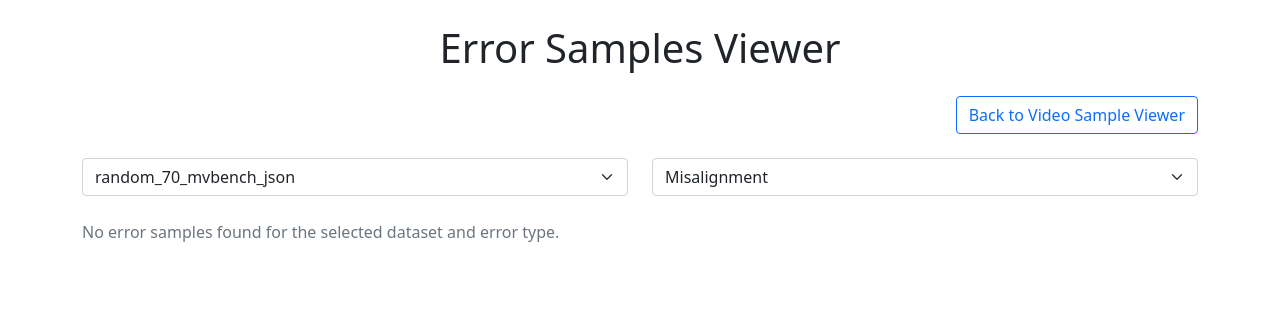
Repository: Baiqi-Li/video_benchmark_viewer
Page: http://localhost/error_samples
These files come from the project's save history. The page is drawn as it stood at one moment and after the next save; the edit follows.
The browser window is 1280 px wide. The pictures show the whole page.
The page is served by the project's application, run on Flask 3 (app.py).

Above is the page before, as saved 2025-05-04 17:47:41.

After the next save:
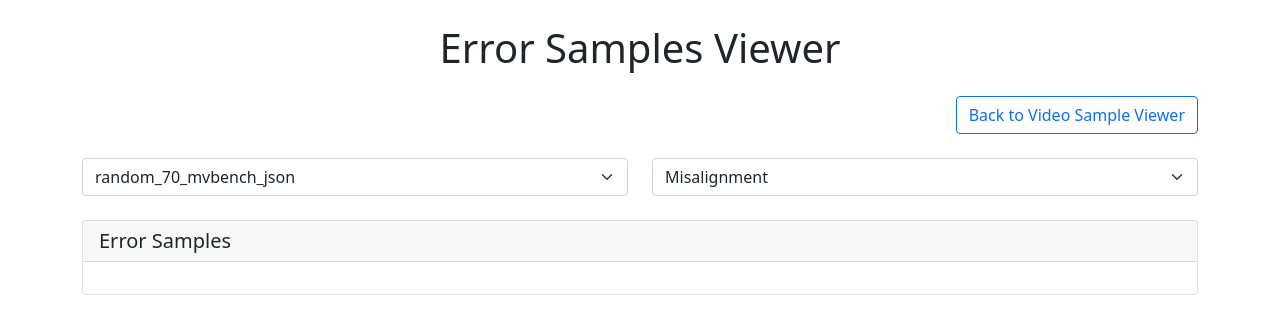
Saved 1 s later.
--- a/templates/error_samples.html
+++ b/templates/error_samples.html
@@ -37,25 +37,6 @@
         .error-type-badge {
             margin-right: 5px;
         }
-        .sample-card {
-            margin-bottom: 20px;
-            border: 1px solid #dee2e6;
-            border-radius: 5px;
-            background-color: #fff;
-        }
-        .sample-header {
-            background-color: #f8f9fa;
-            padding: 10px 15px;
-            border-bottom: 1px solid #dee2e6;
-            border-radius: 5px 5px 0 0;
-        }
-        .sample-body {
-            padding: 15px;
-        }
-        .sample-index {
-            font-size: 1.1em;
-            margin-bottom: 10px;
-        }
     </style>
 </head>
 <body>
@@ -86,10 +67,17 @@
             </div>
         </div>
 
-        <div class="row mt-3">
+        <div class="row">
             <div class="col-12">
-                <div id="errorSamples" class="list-group">
-                    <!-- Error samples will be displayed here -->
+                <div class="card">
+                    <div class="card-header">
+                        <h5 class="mb-0">Error Samples</h5>
+                    </div>
+                    <div class="card-body">
+                        <div id="errorSamplesList" class="list-group">
+                            <!-- Error samples will be listed here -->
+                        </div>
+                    </div>
                 </div>
             </div>
         </div>
@@ -129,8 +117,7 @@
         });
 
         function loadErrorSamples() {
-            const dataset = document.getElementById('datasetSelect').value;
-            const errorType = document.getElementById('errorTypeSelect').value;
+            if (!currentDataset || !currentErrorType) return;
 
             fetch('/get_error_samples', {
                 method: 'POST',
@@ -138,59 +125,80 @@
                     'Content-Type': 'application/json',
                 },
                 body: JSON.stringify({
-                    dataset: dataset,
-                    error_type: errorType
+                    dataset: currentDataset,
+                    error_type: currentErrorType
                 })
             })
             .then(response => response.json())
             .then(data => {
-                const container = document.getElementById('errorSamples');
-                container.innerHTML = '';
-
-                if (data.samples && data.samples.length > 0) {
-                    data.samples.forEach((sample, index) => {
-                        const card = document.createElement('div');
-                        card.className = 'sample-card';
-                        card.innerHTML = `
-                            <div class="sample-header">
-                                <h5 class="mb-0">Sample ${index + 1}</h5>
-                            </div>
-                            <div class="sample-body">
-                                <div class="sample-index">
-                                    <span class="badge bg-secondary">Sample Index: ${sample.original_index || index}</span>
-                                </div>
-                                <div class="mb-3">
-                                    <h6>Video URL</h6>
-                                    <p>${sample.video_url || 'No video URL available'}</p>
-                                </div>
-                                <div class="mb-3">
-                                    <h6>Question</h6>
-                                    <p>${sample.question || 'No question available'}</p>
-                                </div>
-                                <div class="mb-3">
-                                    <h6>Options</h6>
-                                    <ul class="options-list">
-                                        ${Array.isArray(sample.options)
-                                            ? sample.options.map(option => `<li>${option}</li>`).join('')
-                                            : (sample.options || 'No options available')}
-                                    </ul>
-                                </div>
-                                <div class="mb-3">
-                                    <h6>Answer</h6>
-                                    <p>${sample.answer || 'No answer available'}</p>
-                                </div>
-                            </div>
-                        `;
-                        container.appendChild(card);
-                    });
-                } else {
-                    container.innerHTML = '<p class="text-muted">No error samples found for the selected dataset and error type.</p>';
-                }
+                errorSamples = data.samples;
+                displayErrorSamples();
             })
             .catch(error => {
-                console.error('Error loading error samples:', error);
-                alert('Error loading error samples. Please try again.');
+                console.error('Error:', error);
+                alert('Error loading error samples');
             });
+        }
+
+        function displayErrorSamples() {
+            const listContainer = document.getElementById('errorSamplesList');
+            listContainer.innerHTML = '';
+
+            errorSamples.forEach((sample, index) => {
+                const listItem = document.createElement('a');
+                listItem.href = '#';
+                listItem.className = 'list-group-item list-group-item-action';
+                listItem.innerHTML = `
+                    <div class="d-flex w-100 justify-content-between">
+                        <h5 class="mb-1">Sample ${index + 1}</h5>
+                        <small>ID: ${sample.id}</small>
+                    </div>
+                    <p class="mb-1">${sample.question || 'No question available'}</p>
+                `;
+                listItem.addEventListener('click', () => displaySample(sample));
+                listContainer.appendChild(listItem);
+            });
+        }
+
+        function displaySample(sample) {
+            // 显示视频容器和样本信息
+            document.querySelector('.video-container').style.display = 'block';
+            document.querySelector('.sample-info').style.display = 'block';
+
+            // 更新视频
+            const videoPlayer = document.getElementById('videoPlayer');
+            if (sample.video_url) {
+                videoPlayer.src = sample.video_url;
+                videoPlayer.load();
+            }
+
+            // 更新问题
+            document.getElementById('question').textContent = sample.question || 'No question available';
+
+            // 更新选项
+            const optionsList = document.getElementById('options');
+            optionsList.innerHTML = '';
+            if (sample.options) {
+                if (typeof sample.options === 'string' && sample.options.includes('\n')) {
+                    const options = sample.options.split('\n');
+                    options.forEach(option => {
+                        if (option.trim()) {
+                            const li = document.createElement('li');
+                            li.textContent = option.trim();
+                            optionsList.appendChild(li);
+                        }
+                    });
+                } else if (Array.isArray(sample.options)) {
+                    sample.options.forEach(option => {
+                        const li = document.createElement('li');
+                        li.textContent = option;
+                        optionsList.appendChild(li);
+                    });
+                }
+            }
+
+            // 更新答案
+            document.getElementById('answer').textContent = sample.answer || 'No answer available';
         }
 
         // 初始化
